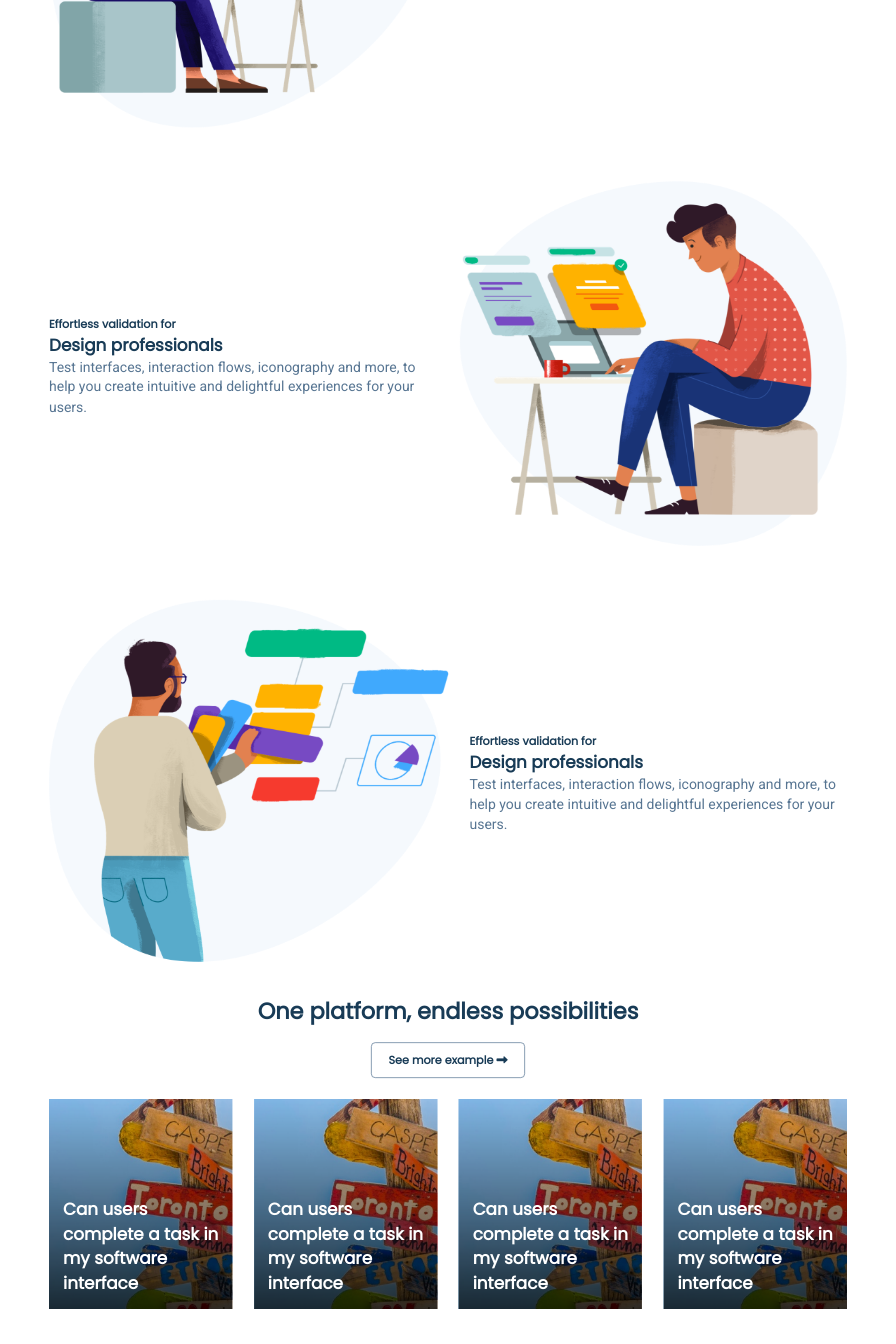
Repository: ramlakhan1/clone1
Page: index.html
The author's editor kept a copy of each file at every save. The page is drawn from the files as they stood at one save, then again after the next save.
The browser window is 1280 px wide. The pictures show the part of the page from y = 2160 to 4080 px (the page is 4080 px tall), at 70% of full size.
Some web libraries are served in a nearby version.

Above is the page before, as saved 2022-11-29 21:36:19.

After the next save:
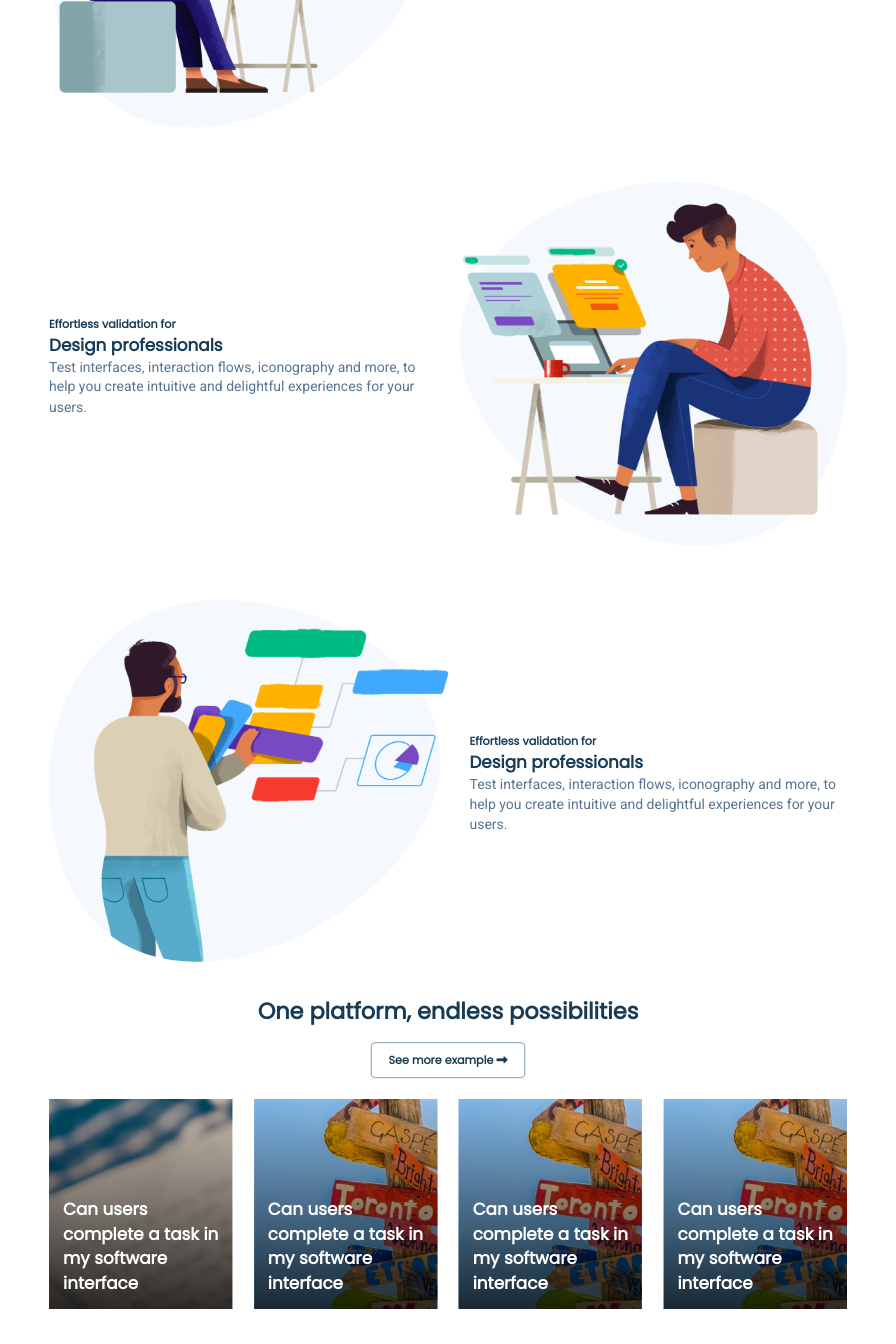
Saved 4 s later.
--- a/index.html
+++ b/index.html
@@ -187,7 +187,7 @@
           ></a>
         </div>
         <div class="example-area flex">
-          <a href="#" class="examples-card" style=" background: linear-gradient(rgb(0, 0, 0, 0.1), rgb(0, 0, 0, 0.8)), url('./assets/asset\ 35.jpeg');">
+          <a href="#" class="examples-card" style=" background: linear-gradient(rgb(0, 0, 0, 0.1), rgb(0, 0, 0, 0.8)), url('./assets/asset\ 34.jpeg');">
             <h3 class="card-text">
               Can users complete a task in my software interface
             </h3>
